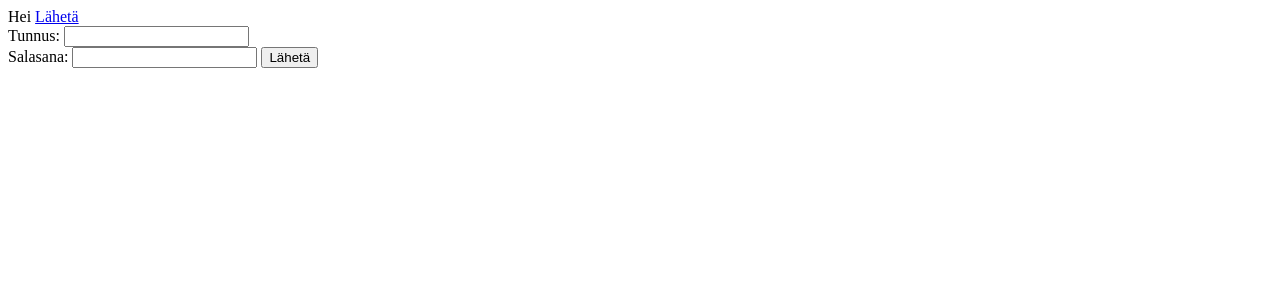
Repository: Zonkku/Valmistautuminen
Page: http://localhost/Kommunikaatio/Kysy.jsp
An editor plug-in stored every save of this project. The page is shown before and after the next save, followed by the edit.
The browser window is 1280 px wide. The pictures show the whole page.
The page is served by Tomcat 9.

Above is the page before, as saved 2020-04-17 07:18:28.

### Kommunikaatio/WebContent/Kysy.jsp
<%@ page language="java" contentType="text/html; charset=ISO-8859-1"
    pageEncoding="ISO-8859-1"%>
<!DOCTYPE html>
<html>
<head>
<meta charset="ISO-8859-1">

<title>Insert title here</title>
</head>
<body>
Hei
<a href="nayta.jsp?nimi=Jaska&ika=10">Lähetä</a>

<form action="nayta.jsp" method="GET">
	Tunnus: <input type="text" name="tunnus"><br>
	Salasana: <input type="password" name="pwd">
	<input type="submit" value="Lähetä">
</form>


</body>
</html>

After the next save:
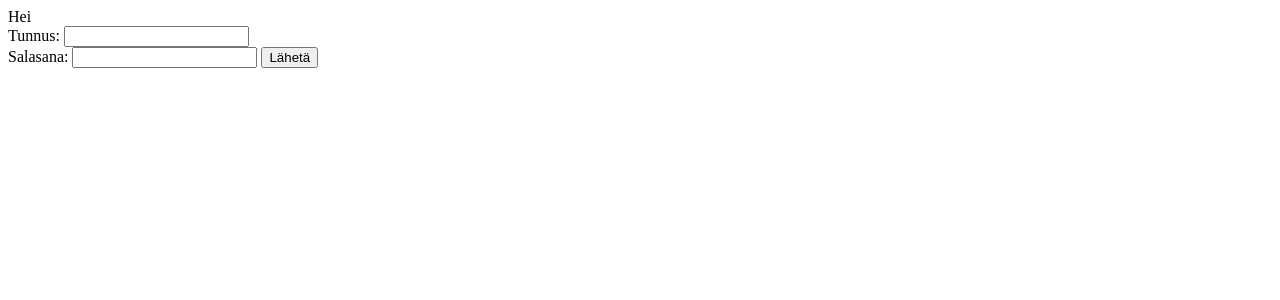
Saved 5 min 16 s later.
--- a/Kommunikaatio/WebContent/Kysy.jsp
+++ b/Kommunikaatio/WebContent/Kysy.jsp
@@ -9,7 +9,6 @@
 </head>
 <body>
 Hei
-<a href="nayta.jsp?nimi=Jaska&ika=10">Lähetä</a>
 
 <form action="nayta.jsp" method="GET">
 	Tunnus: <input type="text" name="tunnus"><br>

After the save that followed:
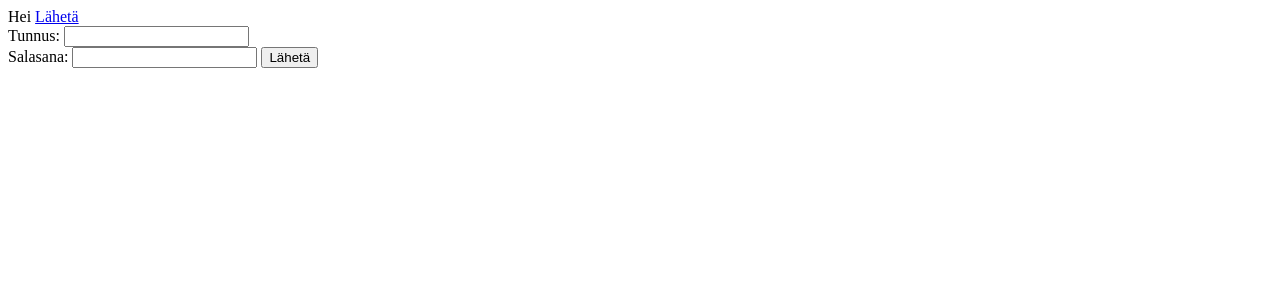
Saved 9 min 15 s later.
--- a/Kommunikaatio/WebContent/Kysy.jsp
+++ b/Kommunikaatio/WebContent/Kysy.jsp
@@ -10,6 +10,8 @@
 <body>
 Hei
 
+<a href="toka.jsp?nimi=jaska&ika=10">Lähetä</a>
+
 <form action="nayta.jsp" method="GET">
 	Tunnus: <input type="text" name="tunnus"><br>
 	Salasana: <input type="password" name="pwd">
